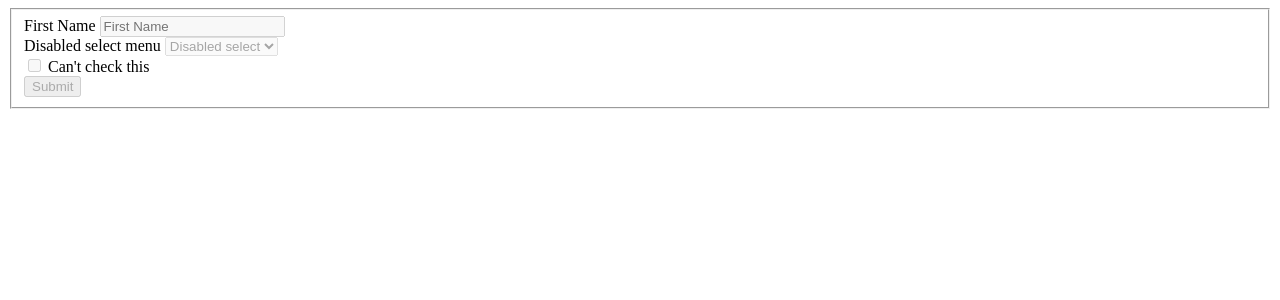
Repository: acciojob/bootstrap-form-easy-vandanayadav15
Page: main.html
These files come from the project's save history. The page is drawn as it stood at one moment and after a run of saves; the edit follows.
The browser window is 1280 px wide. The pictures show the whole page.

Above is the page before, as saved 2022-10-20 23:14:42.

### main.html
<!DOCTYPE html>

<html>

<head>
	<link rel="stylesheet" href="styles.css">
</head>

<body>
	<!-- the entire body must be written by student -->
<form>
	<fieldset disabled>
		<!-- <legend>Disabled fieldset example</legend> -->
		<div class="mb-3">
			<label for="disabledTextInput" class="form-label">First Name</label>
			<input type="text" id="first-name-input" class="form-control" placeholder="First Name">
		</div>


		<div class="mb-3">
			<label for="disabledSelect" class="form-label">Disabled select menu</label>
			<select id="disabledSelect" class="form-select">
				<option>Disabled select</option>
			</select>
		</div>
		<div class="mb-3">
			<div class="form-check">
				<input class="form-check-input" type="checkbox" id="disabledFieldsetCheck" disabled>
				<label class="form-check-label" for="disabledFieldsetCheck">
					Can't check this
				</label>
			</div>
		</div>
		<button type="submit" class="btn btn-primary">Submit</button>
	</fieldset>
</form>
    <script type="text/javascript" src="./script.js">
</script>

</body>

</html>

### styles.css

/* Your CSS Code here. */

Loaded but not shown: script.js (common file)

After the next 6 saves:
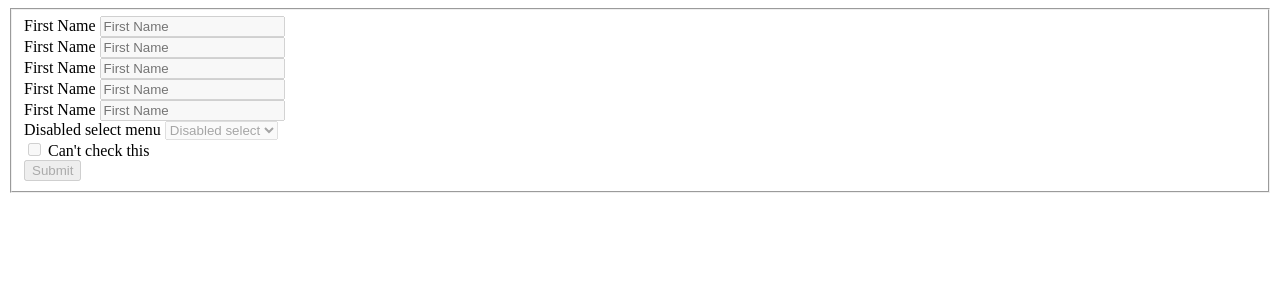
The 6 saves are shown as one change because they came seconds apart.
The last was saved 13 s later.
--- a/main.html
+++ b/main.html
@@ -15,7 +15,25 @@
 			<label for="disabledTextInput" class="form-label">First Name</label>
 			<input type="text" id="first-name-input" class="form-control" placeholder="First Name">
 		</div>
+<div class="mb-3">
+	<label for="disabledTextInput" class="form-label">First Name</label>
+	<input type="text" id="first-name-input" class="form-control" placeholder="First Name">
+</div>
 
+<div class="mb-3">
+	<label for="disabledTextInput" class="form-label">First Name</label>
+	<input type="text" id="first-name-input" class="form-control" placeholder="First Name">
+</div>
+
+<div class="mb-3">
+	<label for="disabledTextInput" class="form-label">First Name</label>
+	<input type="text" id="first-name-input" class="form-control" placeholder="First Name">
+</div>
+
+<div class="mb-3">
+	<label for="disabledTextInput" class="form-label">First Name</label>
+	<input type="text" id="first-name-input" class="form-control" placeholder="First Name">
+</div>
 
 		<div class="mb-3">
 			<label for="disabledSelect" class="form-label">Disabled select menu</label>
